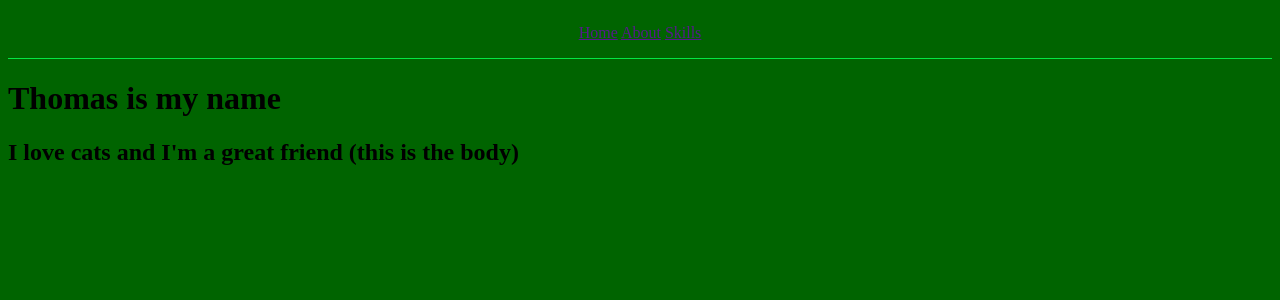
Repository: ofcoy/ofcoy
Page: index.html
These files come from the project's save history. The page is drawn as it stood at one moment and after the next save; the edit follows.
The browser window is 1280 px wide. The pictures show the whole page.

Above is the page before, as saved 2026-05-06 21:43:20.

After the next save:
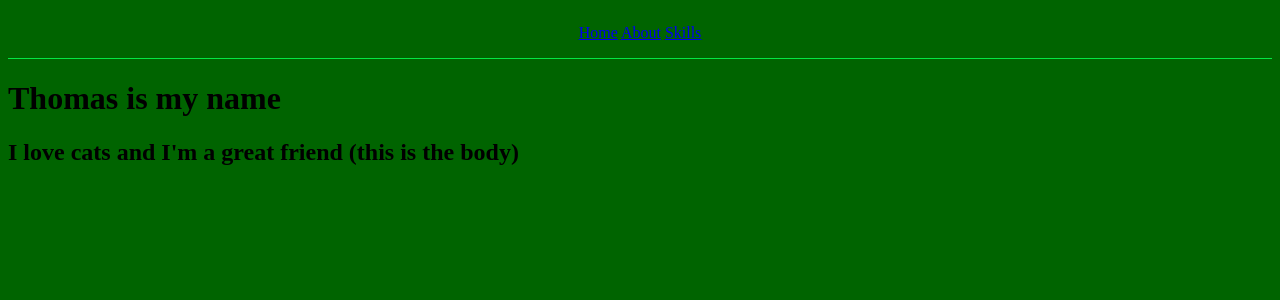
Saved 15 min 48 s later.
--- a/index.html
+++ b/index.html
@@ -4,20 +4,20 @@
     <meta charset="UTF-8" />
     <meta name="viewport" content="width=device-width, initial-scale=1.0" />
     <title>My page</title>
-     <!-- maybe combine css files later if project gets bigger -->
+    <!-- maybe combine css files later if project gets bigger -->
     <link rel="stylesheet" href="/styles/globals.css" />
     <link rel="stylesheet" href="/styles/index.css" />
   </head>
-    <!-- should probably move this inside body later -->
-   <body>
-  <div class="Nav-Bar">
-    <nav>
-    <!-- connect these to section ids eventually -->
-      <a href="">Home</a>
-      <a href="">About</a>
-      <a href="">Skills</a>
-    </nav>
-  </div>
+  <!-- should probably move this inside body later -->
+  <body>
+    <div class="Nav-Bar">
+      <nav>
+        <!-- connect these to section ids (doesnt really matter tbh)-->
+        <a href="#home">Home</a>
+        <a href="#about">About</a>
+        <a href="#skills">Skills</a>
+      </nav>
+    </div>
 
     <!-- add content inside sections later -->
     <section id="home"></section>
@@ -25,7 +25,7 @@
     <section id="skills"></section>
     <h1>Thomas is my name</h1>
     <!-- maybe place this inside the about section -->
-     <!-- correct spelling-->
+    <!-- correct spelling-->
     <h2>I love cats and I'm a great friend (this is the body)</h2>
   </body>
 </html>
